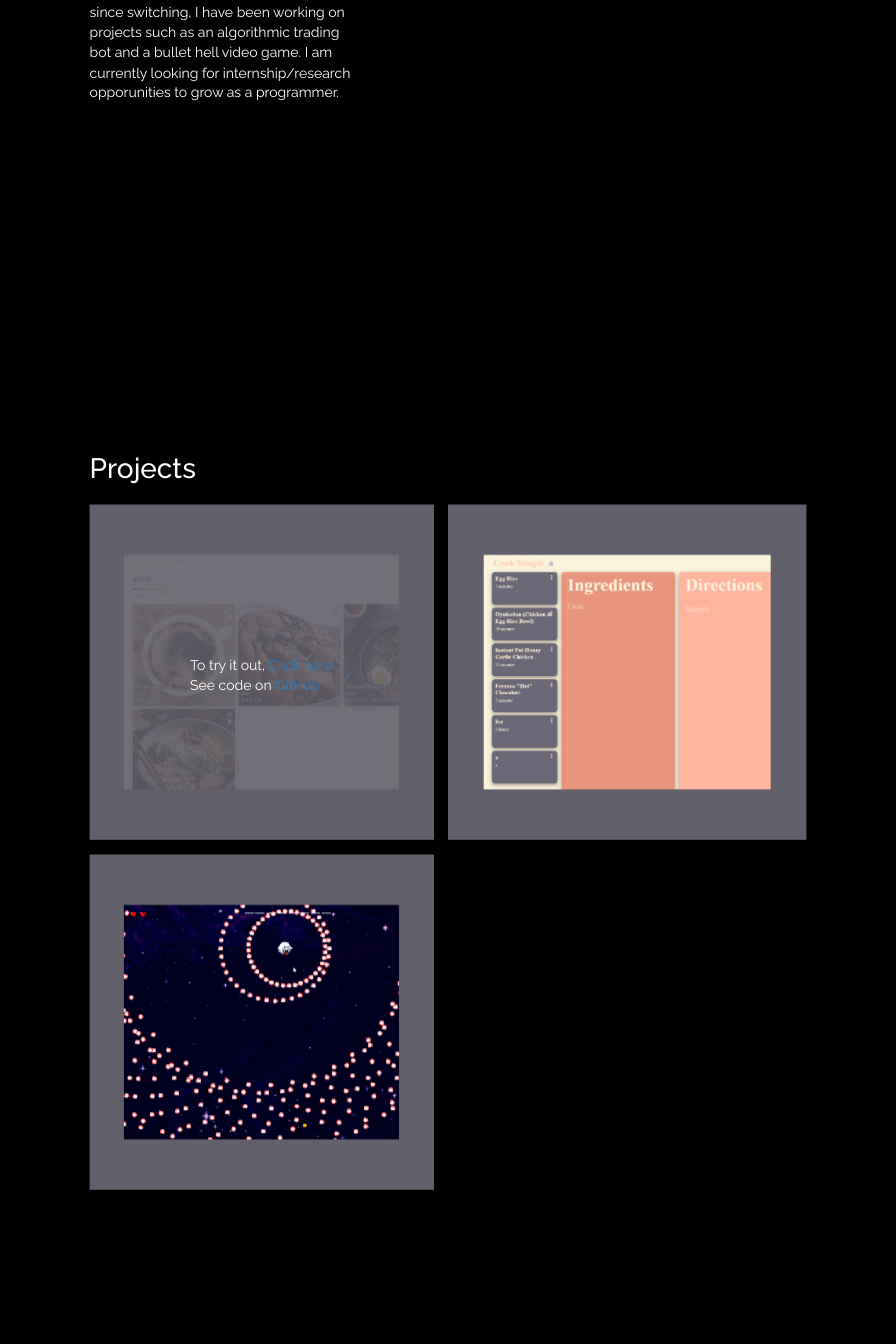
Repository: oqueuo/personal-site
Page: index.html
These files come from the project's save history. The page is drawn as it stood at one moment and after the next save; the edit follows.
The browser window is 1280 px wide. The pictures show the part of the page from y = 564 to 2484 px (the page is 2585 px tall), at 70% of full size.
The pointer rests on the first visible `.project-card-container`.

Above is the page before, as saved 2020-09-21 18:32:30.

After the next save:
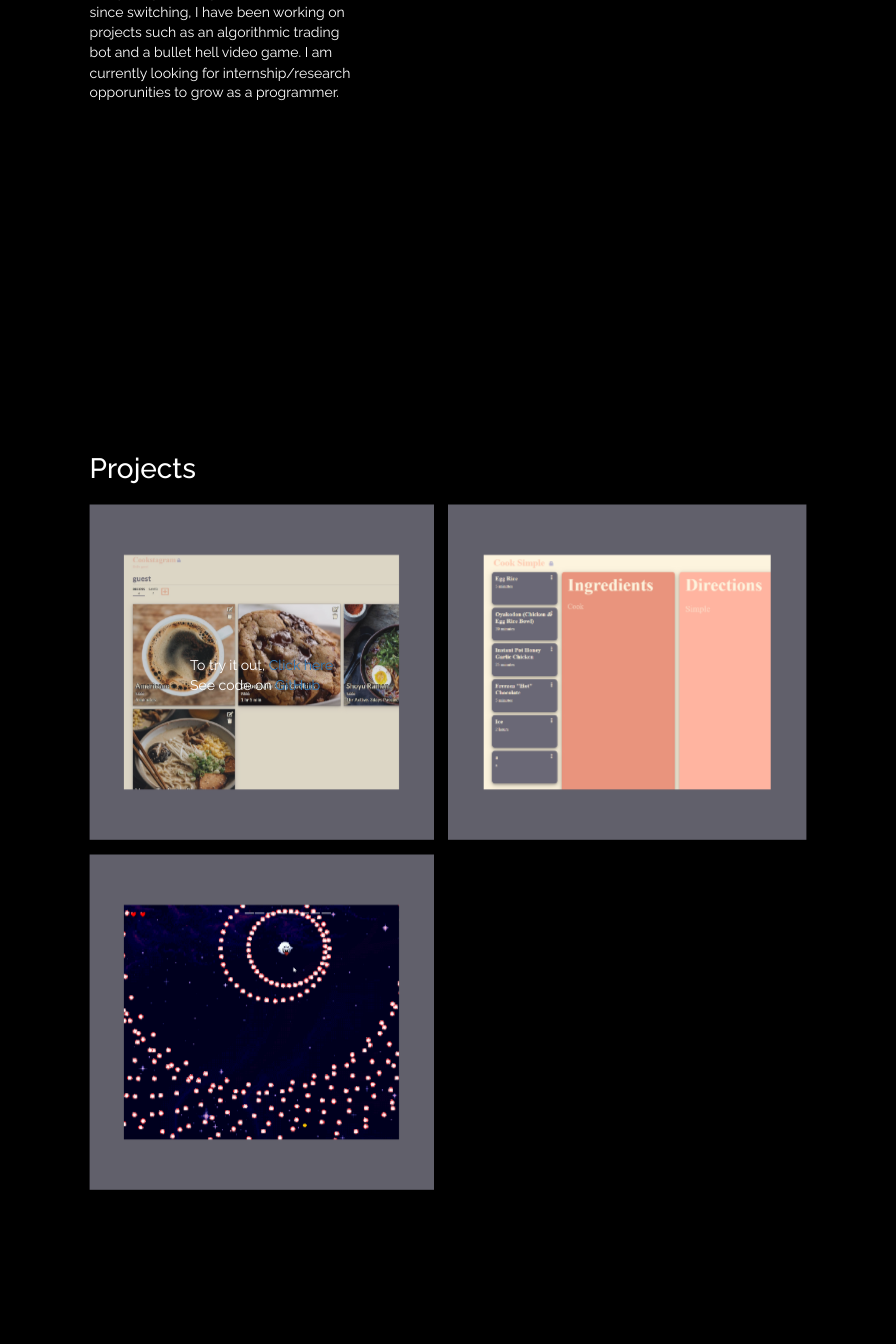
Saved 5 s later.
--- a/styles.css
+++ b/styles.css
@@ -148,7 +148,7 @@
     -ms-transform: translate(-50%, -50%);
 }
 .project-card-container:hover .project-card-content {
-    opacity: 0.10;
+    opacity: 0.8;
 }
 
 .project-card-container:hover .project-overlay {

After the save that followed:
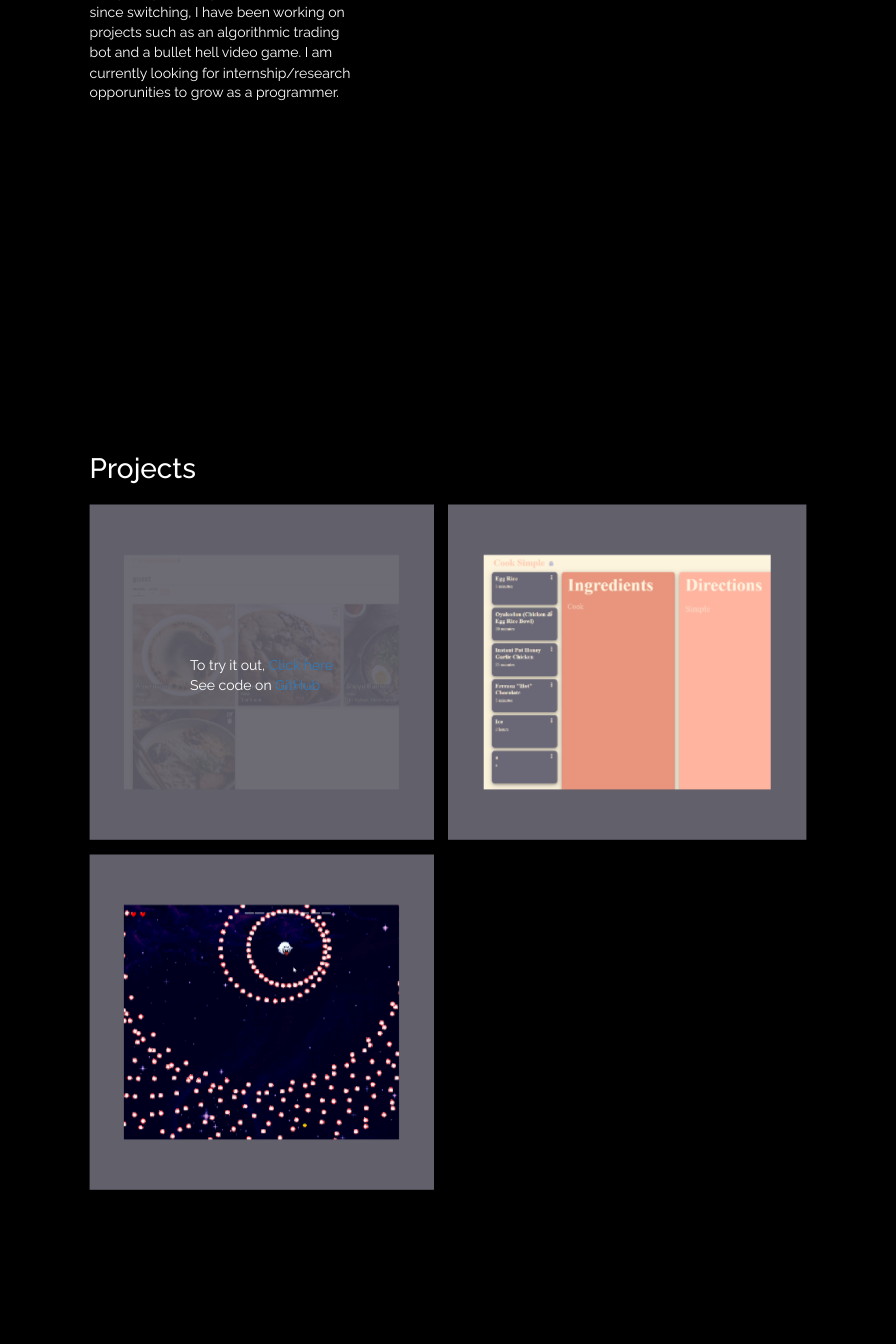
Saved 6 s later.
--- a/styles.css
+++ b/styles.css
@@ -148,7 +148,7 @@
     -ms-transform: translate(-50%, -50%);
 }
 .project-card-container:hover .project-card-content {
-    opacity: 0.8;
+    opacity: 0.08;
 }
 
 .project-card-container:hover .project-overlay {
